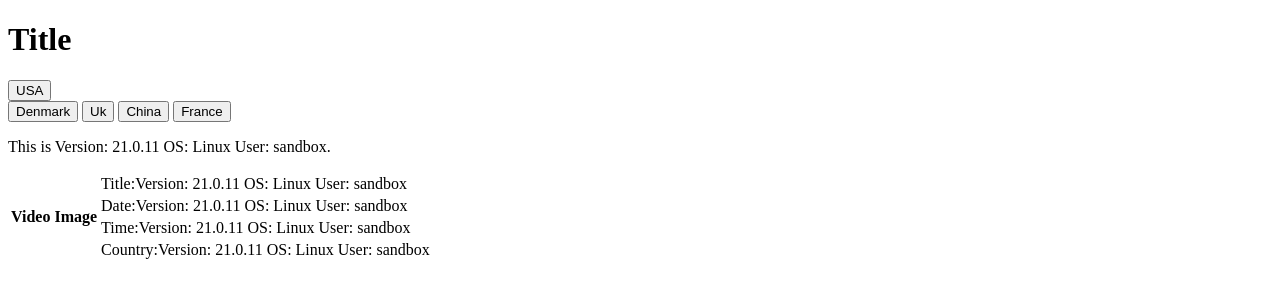
Repository: isauraAlmar/App-Engine-and-Internationalization-with-Java
Page: http://localhost/Marven/
An editor plug-in stored every save of this project. The page is shown before and after the next save, followed by the edit.
The browser window is 1280 px wide. The pictures show the whole page.
Some web fonts or font styles are not loaded; a fallback is used. The page is served by Tomcat 9.

Above is the page before, as saved 2017-05-05 08:42:32.

After the next save:
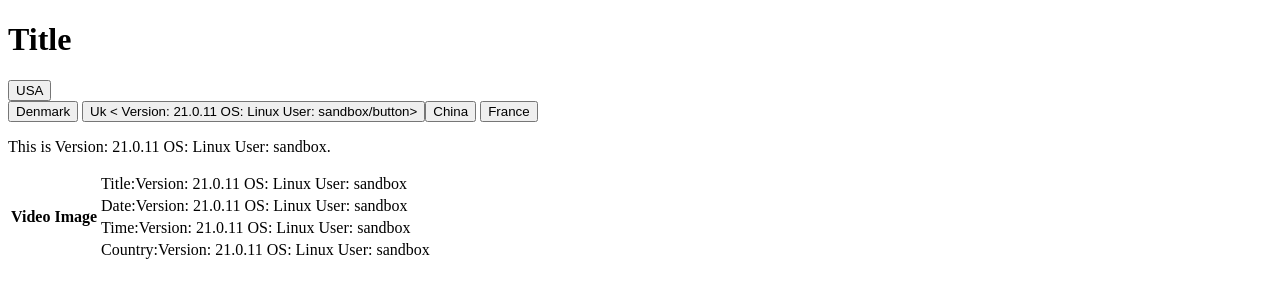
Saved 8 min 17 s later.
--- a/Marven/src/main/webapp/index.jsp
+++ b/Marven/src/main/webapp/index.jsp
@@ -28,12 +28,12 @@
 
     <h1> Title </h1>
 
-    <form acction = "LanguageInfo.Select_Language" >
+    <form acction =LanguageInfo.Select_Language >
     	<button type="submit" value="en_US">USA</button>
     </form>
 
     <button type="submit" value="dk_DK">Denmark</button>
-	<button type="submit" value="uk_UK">Uk</button>
+	<button type="submit" value="uk_UK">Uk < <%= HelloInfo.getInfo() %>/button>
 	<button type="submit" value="us_US">China</button>
 	<button type="submit" value="fr_FR">France</button>
 
